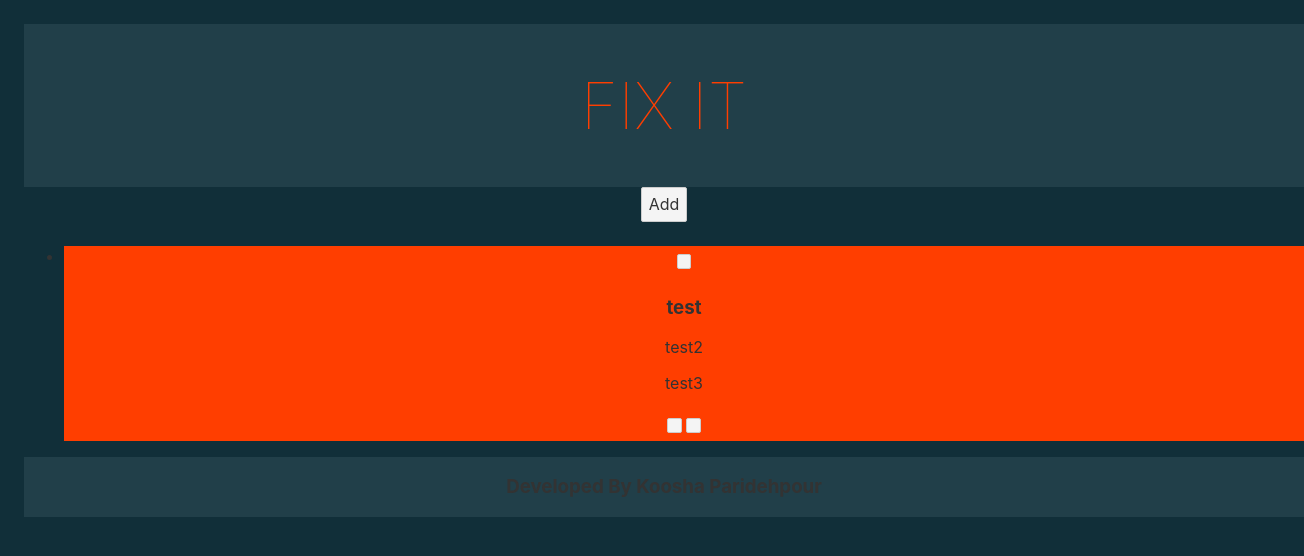
Repository: KooshaPari/fixit-go
Page: / (app in frontend/)
The author's editor kept a copy of each file at every save. The page is drawn from the files as they stood at one save, then again after the next save.
The browser window is 1280 px wide. The page is 1304 px wide, so the pictures cover 1304 px, including what lies to the right of the window. The pictures show the whole page.
The project was rebuilt for these pictures with package versions that can differ from the ones it lists, and the page was loaded fresh each time.

Above is the page before, as saved 2024-09-23 20:44:50.

After the next save:
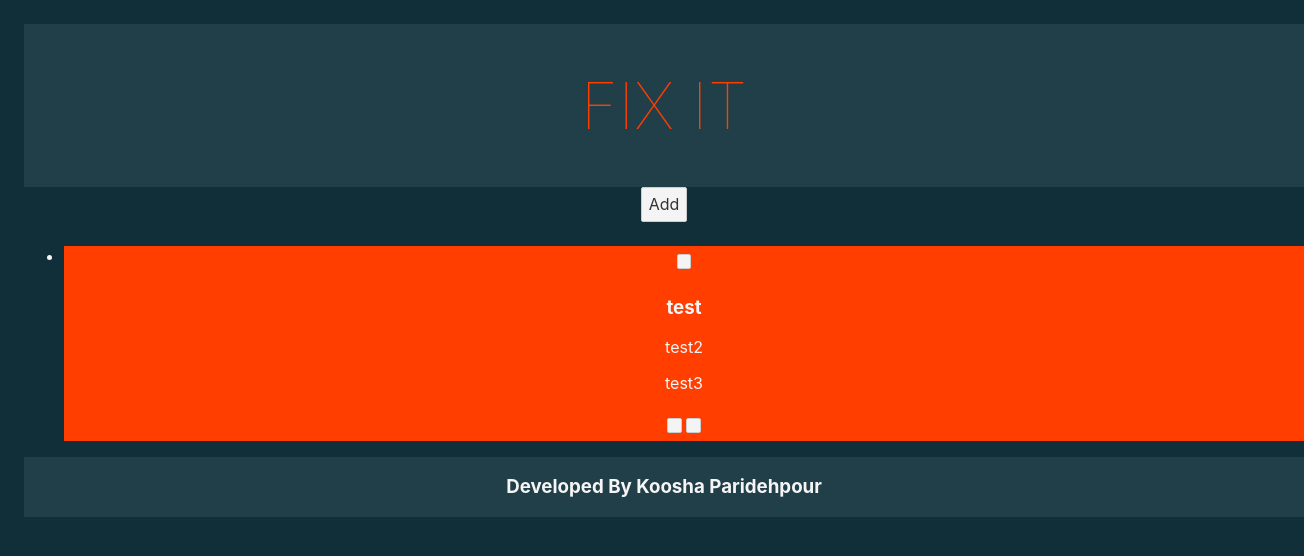
Saved 6 s later.
--- a/frontend/public/global.css
+++ b/frontend/public/global.css
@@ -1,20 +1,22 @@
-html, body {
+html,
+body {
 	position: relative;
 	width: 100%;
 	height: 100%;
 }
 
 body {
-	color: #333;
-	background-color:#112F39;
+	color: #f6f5f5;
+	background-color: #112f39;
 	margin: 0;
 	padding: 8px;
 	box-sizing: border-box;
-	font-family: -apple-system, BlinkMacSystemFont, "Segoe UI", Roboto, Oxygen-Sans, Ubuntu, Cantarell, "Helvetica Neue", sans-serif;
+	font-family: -apple-system, BlinkMacSystemFont, "Segoe UI", Roboto,
+		Oxygen-Sans, Ubuntu, Cantarell, "Helvetica Neue", sans-serif;
 }
 
 a {
-	color: rgb(0,100,200);
+	color: rgb(0, 100, 200);
 	text-decoration: none;
 }
 
@@ -23,14 +25,17 @@
 }
 
 a:visited {
-	color: rgb(0,80,160);
+	color: rgb(0, 80, 160);
 }
 
 label {
 	display: block;
 }
 
-input, button, select, textarea {
+input,
+button,
+select,
+textarea {
 	font-family: inherit;
 	font-size: inherit;
 	-webkit-padding: 0.4em 0;
